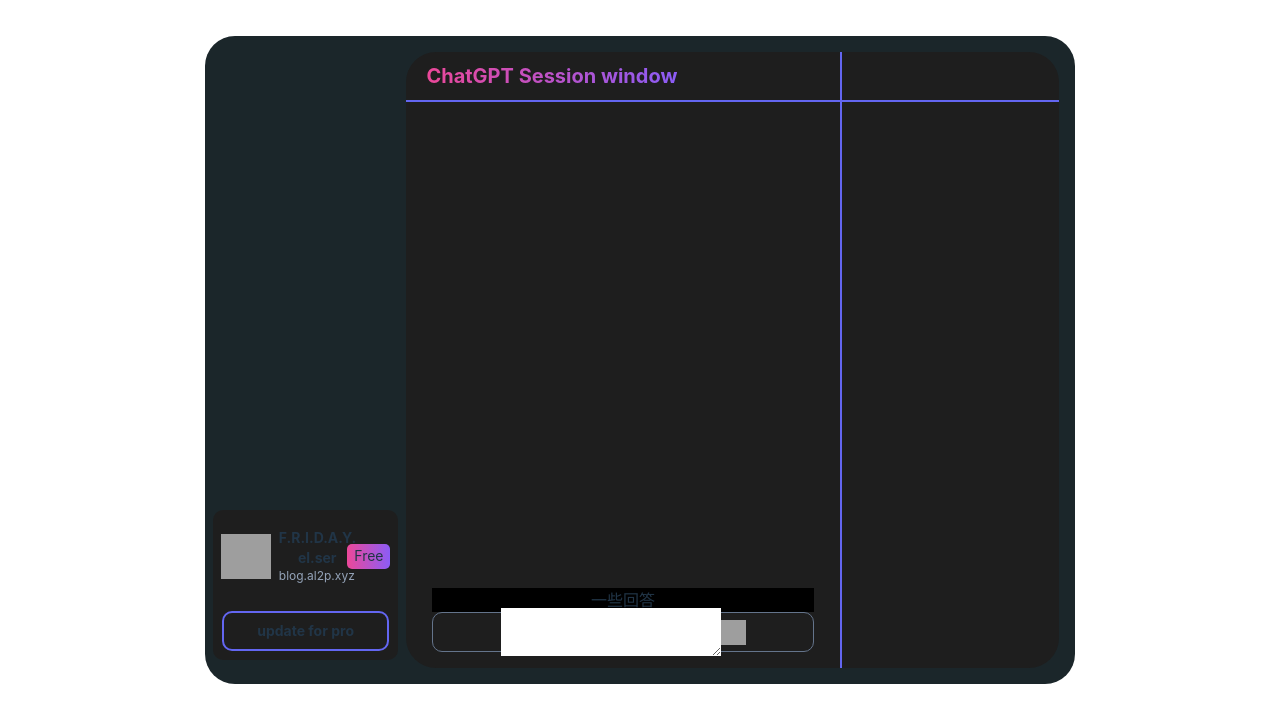
Repository: yezhonghu0503/chatgpt-vue-lac
Page: /
An editor plug-in stored every save of this project. The page is shown before and after the next save, followed by the edit.
The browser window is 1280 px wide. The pictures show the whole page.
Pictures or frames that could not be fetched are drawn as grey boxes. The project was rebuilt for these pictures with package versions that can differ from the ones it lists, and the page was loaded fresh each time. Also part of the build but not shown: vite.config.ts.

Above is the page before, as saved 2023-05-18 18:56:40.

### src/style.css
@tailwind base;
@tailwind components;
@tailwind utilities;

:root {
  font-family: Inter, system-ui, Avenir, Helvetica, Arial, sans-serif;
  line-height: 1.5;
  font-weight: 400;

  color-scheme: light dark;
  color: rgba(255, 255, 255, 0.87);
  /* background-color: #242424; */
  background-color: #8e989a;

  font-synthesis: none;
  text-rendering: optimizeLegibility;
  -webkit-font-smoothing: antialiased;
  -moz-osx-font-smoothing: grayscale;
  -webkit-text-size-adjust: 100%;
}

a {
  font-weight: 500;
  color: #646cff;
  text-decoration: inherit;
}

a:hover {
  color: #535bf2;
}

body {
  margin: 0;
  display: flex;
  place-items: center;
  min-width: 320px;
  min-height: 100vh;
}

h1 {
  font-size: 3.2em;
  line-height: 1.1;
}

button {
  border-radius: 8px;
  border: 1px solid transparent;
  padding: 0.6em 1.2em;
  font-size: 1em;
  font-weight: 500;
  font-family: inherit;
  background-color: #1a1a1a;
  cursor: pointer;
  transition: border-color 0.25s;
}

button:hover {
  border-color: #646cff;
}

button:focus,
button:focus-visible {
  outline: 4px auto -webkit-focus-ring-color;
}

input {
  border: none;
  background-color: transparent;
}

input[type="checkbox"]:checked,

input:focus {
  outline: none;
  background-color: transparent;
}

.card {
  padding: 2em;
}

#app {
  margin: 0 auto;
  padding: 2rem;
  text-align: center;
}

@media (prefers-color-scheme: light) {
  :root {
    color: #213547;
    background-color: #ffffff;
  }

  a:hover {
    color: #747bff;
  }

  button {
    background-color: #f9f9f9;
  }
}

### src/App.vue
<script setup lang="ts">
import chat from './pages/chat.vue';
</script>

<template>
  <chat />
</template>

<style scoped></style>

### src/pages/chat.vue
<template>
    <div class="w-[68vw] h-[90vh] bg-rg-chat-border rounded-[30px] flex justify-end p-4 pl-0">
        <chatMenu />
        <chatMain />

    </div>
</template>
<script lang="ts" setup>
import chatMain from '../components/chat-main/chatMain.vue';
import chatMenu from '../components/chat-menu/chatMenu.vue'
</script>
<style lang="less" scoped></style>

### src/components/chat-main/chatMain.vue
<template>
  <div class="w-[51vw] h-[100%] bg-rg-chat rounded-[30px] flex">
    <div class="flex flex-col w-[34vw] h-[100%] border-r-2 border-indigo-500">
      <div
        class="w-[100%] h-[50px] border-b-2 border-indigo-500 flex justify-start items-center p-5"
      >
        <span
          class="text-xl font-bold text-transparent bg-clip-text bg-gradient-to-r from-pink-500 to-violet-500"
          >ChatGPT Session window</span
        >
      </div>
      <div class="flex flex-col justify-end items-center w-[100%] h-[100%] p-4">
        <div class="w-[95%] bg-black">
          {{ msg }}
          <img src="" alt="" />
        </div>
        <div
          class="flex w-[95%] items-center justify-center rounded-[10px] h-10 border-[1px] border-slate-500"
        >
          <!-- <input class="w-[90%]" type="text" /> -->
          <textarea></textarea>
          <img
            class="w-[25px] h-[25px]"
            src="https://blog.al2p.xyz/upload/send.png"
            alt=""
          />
        </div>
      </div>
    </div>
    <div class="w-[17vw] h-[50px] border-b-2 border-indigo-500"></div>
  </div>
</template>

<script lang="ts" setup>
const msg: string = "一些回答";
</script>

### src/components/chat-menu/chatMenu.vue
<template>
  <div class="w-[17vw] h-[100%] flex justify-center items-end p-2">
    <div
      class="w-[100%] h-[150px] bg-rg-chat flex flex-col justify-around items-center rounded-[10px]"
    >
      <div class="w-[100%] h-[75px] flex justify-between items-center p-2">
        <div class="flex items-center">
          <img
            class="w-[50px] h-[45px]"
            src="https://blog.al2p.xyz/upload/laclogo.png"
          />
          <div class="flex flex-col items-start ml-2">
            <div class="text-sm font-bold">F.R.I.D.A.Y. el.ser</div>
            <div class="text-xs text-slate-400">blog.al2p.xyz</div>
          </div>
        </div>
        <div
          class="flex justify-center rounded-[5px] text-sm items-center w-[60px] h-[25px] bg-gradient-to-r from-pink-500 to-violet-500"
        >
          Free
        </div>
      </div>
      <div
        class="text-sm flex items-center justify-center w-[13vw] h-[40px] rounded-[10px] border-2 border-indigo-500 font-bold"
      >
        update for pro
      </div>
    </div>
  </div>
</template>

<script lang="ts" setup></script>

<style lang="less" scoped></style>

### tailwind.config.js
/** @type {import('tailwindcss').Config} */
export default {
  content: [
    "./index.html",
    "./src/**/*.{vue,js,ts,jsx,tsx}",
  ],
  theme: {
    extend: {
      colors: {
        'rg-chat': 'rgb(30,30,30)',
        'rg-chat-border': 'rgb(27,38,42)'
      }
    }
  },
  plugins: [],
}

Loaded but not shown: index.html (common file); src/main.ts (common file)

After the next save:
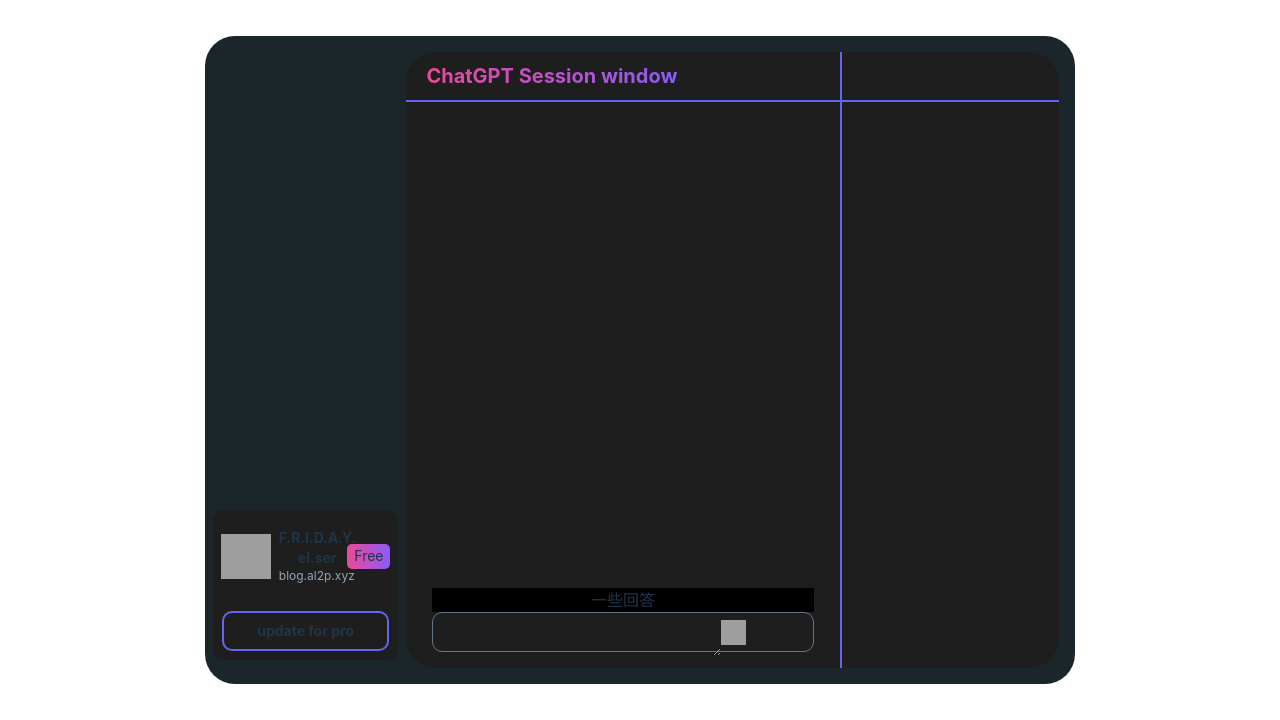
Saved 21 s later.
--- a/src/style.css
+++ b/src/style.css
@@ -63,14 +63,14 @@
   outline: 4px auto -webkit-focus-ring-color;
 }
 
-input {
+textarea {
   border: none;
   background-color: transparent;
 }
 
-input[type="checkbox"]:checked,
+textarea[type="checkbox"]:checked,
 
-input:focus {
+textarea:focus {
   outline: none;
   background-color: transparent;
 }
